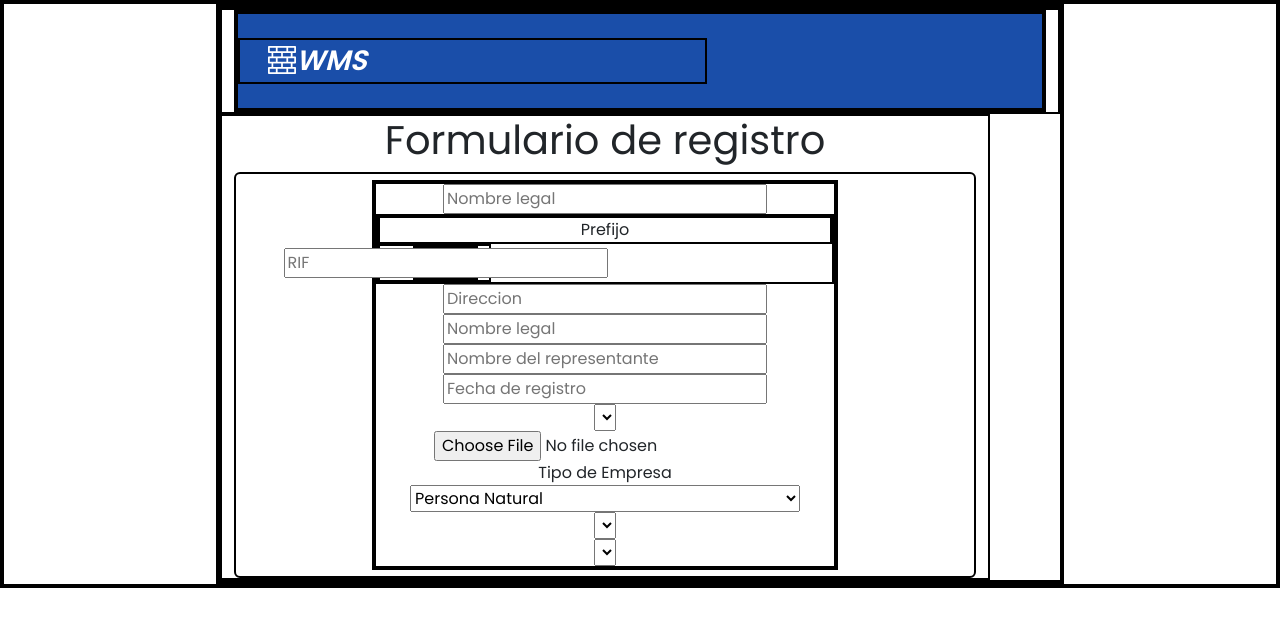
Repository: Rafa-x64/Gestion_inventario_practica
Page: http://localhost/Gestion_inventario/index.php?page=registro-empresa
These files come from the project's save history. The page is drawn as it stood at one moment and after the next save; the edit follows.
The browser window is 1280 px wide. The pictures show the whole page.
The page is run by PHP 8.4 with error messages shown; the project is at /var/www/html/.

Above is the page before, as saved 2025-07-23 17:02:46.

### index.php
<?php
require_once "config/app.php";
require_once "controller/vistaC.php";

$controlador = new vistaC();
$controlador->cargarVista();

### config/app.php
<?php

const SERVERURL = "http://localhost/Gestion_inventario/";

const NOMBRE_APLICACION = "WMS";

const MONEDA = ["bolivar" => "Bs.", "dolar" => "$", "euro" => "€", "pesos" => "$", "real" => "R$"];

date_default_timezone_set("America/Caracas");

### controller/vistaC.php
<?php
require_once("./model/vistaM.php"); //debe incluir el codigo del modelo

class vistaC extends vistaM //extiende del modelo para usar sus metodos
{

    public function cargarVista() //funcion que carga la vista segun la url que se obtiene como parametro
    {
        if (isset($_GET["page"])) { //page es el parametro especificado en .htaccess
            $vista = self::obtenerVista($_GET["page"]); //se asigna esa url a vista si esta establecido
        } else {
            $vista = "inicio-view.php"; //se muestra el inicio si no esta establecido el parametro en la url
        }

        require("view/plantilla.php"); //se requiere la plantilla para poder mostrar esa vista
    }
}

### model/vistaM.php
<?php

class vistaM
{
    //metodo que obtiene la vista que se le asigna en $pagina
    protected static function obtenerVista($pagina) //recive una variable pagina
    {
        $paginas_existentes = ["404", "inicio-sesion", "inicio", "registro-empresa"]; //lista de paginas del proyecto
        if (!in_array($pagina, $paginas_existentes)) { //si no esta en el array entonces...
            return "404-view.php"; //pagina de 404
            exit();
        }

        return $pagina . "-view.php"; //retorna $pagina-view para ser abierta por el controlador si esa pagina existe en la lista
    }
}

### view/plantilla.php
    <?php

    //aqui se ejecuta la vista y se muestran los includes si la pagina cumple cierta condicion

    if ($vista != "inicio-view.php" && $vista != "404-view.php" && $vista != "inicio-sesion-view.php" && $vista != "registro-empresa-view.php") {
        include("view/includes/links.php");
        require("view/includes/header.html");
        include("php/" . $vista);
        require("view/includes/footer.html");
        include("view/includes/scripts.php");
    }

    include("view/includes/links.php");
    require("php/" . $vista);
    include("view/includes/scripts.php");

    ?>

### view/includes/links.php
<!DOCTYPE html>
<html lang="en">

<head>
    <meta charset="UTF-8">
    <meta name="viewport" content="width=device-width, initial-scale=1.0">
    <title><?php echo NOMBRE_APLICACION; ?></title>
    <link href="https://cdn.jsdelivr.net/npm/bootstrap@5.3.7/dist/css/bootstrap.min.css" rel="stylesheet"
        integrity="sha384-LN+7fdVzj6u52u30Kp6M/trliBMCMKTyK833zpbD+pXdCLuTusPj697FH4R/5mcr" crossorigin="anonymous">
    <link rel="stylesheet" href="https://cdn.jsdelivr.net/npm/bootstrap-icons@1.10.5/font/bootstrap-icons.css">
    <link rel="stylesheet" href="<?php echo SERVERURL ?>view/css/bordes.css">
    <link rel="stylesheet" href="<?php echo SERVERURL ?>view/css/inicio-view.css">
    <link rel="shortcut icon" href="<?php echo SERVERURL ?>view/images/bootstrap-fill.ico" type="image/x-icon">
    <link rel="stylesheet" href="<?php echo SERVERURL ?>view/css/registro-empresa-view.css">
</head>

<body>

### view/php/registro-empresa-view.php
<style>
    [class*="col"],
    [class*="row"],
    [class*="section"] {
        border: 2px solid black;
    }

    [class*="container"] {
        border: 2px solid black;
    }
</style>
<div class="container-fluid">
    <div class="row d-flex flex-column align-items-center justify-content-center">
        <div class="col-8 align-items-center justify-content-center">
            <div class="row">
                <div class="col">
                    <header id="barra-navegacion">
                        <div class="container-fluid pt">
                            <div class="row flex-row py-4">
                                <div class="col-7 d-flex flex-row justify-content-start">
                                    <i class="bi bi-bricks fs-3 ps-3 text-white">WMS</i>
                                </div>
                            </div>
                        </div>
                    </header>
                </div>
                <div class="col-11 d-flex flex-column align-items-center justify-content-center">
                    <h1>Formulario de registro</h1>
                    <form action="" method="post" class="form-control d-flex flex-column align-items-center justify-content-center">
                        <div class="row d-flex flex-row align-items-center justify-content-center">
                            <div class="col-12 d-flex flex-column align-items-center justify-content-center">
                                <input type="text" name="" id="nombre_legal" placeholder="Nombre legal">
                                <div class="row">
                                    <div class="col-12 text-center">
                                        <label for="prefijo">Prefijo</label>
                                    </div>
                                    <div class="col-3 d-flex flex-row align-items-center justify-content-center">
                                        <select name="prefijo" id="prefijo">
                                            <option value="J"></option>
                                            <option value="G"></option>
                                            <option value="P"></option>
                                            <option value="C"></option>
                                        </select>
                                        <div class="col-9 d-flex flex-row align-items-center justify-content-center">
                                            <input type="text" name="" id="rif" placeholder="RIF">
                                        </div>
                                    </div>
                                </div>
                                <input type="text" name="" id="direccion" placeholder="Direccion">
                                <input type="text" name="" id="nombre_legal" placeholder="Nombre legal">
                                <input:mail id="correo" placeholder="Correo electronico"></input:mail>
                                <input type="text" name="" id="nombre_representante" placeholder="Nombre del representante"><input type="text" name="" id="fecha_registro" placeholder="Fecha de registro">
                                <select name="" id="">
                                    <option value=""></option>
                                    <option value=""></option>
                                </select><input type="file" name="" id="logo"><label for="">Tipo de Empresa</label>
                                <select name="tipo_empresa" id="">
                                    <option value="persona_natural">Persona Natural</option>
                                    <option value="sociedad_anonima">Sociedad Anónima (S.A.)</option>
                                    <option value="sociedad_de_responsabilidad_limitada">Sociedad de Responsabilidad Limitada (S.R.L.)</option>
                                    <option value="sociedad_comanditaria">Sociedad Comanditaria</option>
                                    <option value="sociedad_civil">Sociedad Civil</option>
                                    <option value="cooperativa">Cooperativa</option>
                                    <option value="fundacion">Fundación</option>
                                    <option value="comunidad_de_bienes">Comunidad de Bienes</option>
                                    <option value="empresa_del_estado">Empresa del Estado</option>
                                    <option value="comercial">Comercial</option>
                                    <option value="industrial">Industrial</option>
                                    <option value="servicios">Servicios</option>
                                    <option value="agropecuario">Agropecuario</option>
                                    <option value="tecnologico">Tecnológico</option>
                                    <option value="salud">Salud</option>
                                    <option value="educacion">Educación</option>
                                    <option value="transporte">Transporte</option>
                                    <option value="construccion">Construcción</option>
                                    <option value="turismo">Turismo</option>
                                    <option value="financiero">Financiero</option>
                                    <option value="energia">Energía</option>
                                    <option value="local">Local</option>
                                    <option value="regional">Regional</option>
                                    <option value="nacional">Nacional</option>
                                    <option value="multinacional">Multinacional</option>
                                    <option value="transnacional">Transnacional</option>
                                    <option value="microempresa">Microempresa</option>
                                    <option value="pequena">Pequeña</option>
                                    <option value="mediana">Mediana</option>
                                    <option value="grande">Grande</option>
                                    <option value="privada">Privada</option>
                                    <option value="publica">Pública</option>
                                    <option value="mixta">Mixta</option>
                                    <option value="primario">Primario</option>
                                    <option value="secundario">Secundario</option>
                                    <option value="terciario">Terciario</option>
                                    <option value="cuaternario">Cuaternario</option>
                                    <option value="quinario">Quinario</option>
                                </select>
                                <select name="" id="">Moneda
                                    <option value=""></option>
                                    <option value=""></option>
                                    <option value=""></option>
                                </select><select name="" id="">Zona horaria
                                    <option value=""></option>
                                </select>
                            </div>
                        </div>
                    </form>
                </div>
            </div>
        </div>
    </div>
</div>

<?php
include("./controller/registroEmpresaC.php");
$registro = registroEmpresaC::getFormulario($_POST);
?>

### controller/registroEmpresaC.php
<?php

include_once("./model/mainModel.php");
include_once("./model/empresaM.php");

class registroEmpresaC extends mainModel
{

    public static function getFormulario($formulario) {}

    public static function validar_rif()
    {
        /*Se usa el algoritmo Módulo 11, que toma los primeros 9 caracteres y les aplica una
        fórmula ponderada. El resultado final es el dígito verificador que valida el número
        completo.*/
    }
}

### model/mainModel.php
<?php

include_once("./config/server.php");

class mainModel
{

    protected static function conectar_base_datos()
    {
        try {
            $con = new PDO(SGBD, USUARIO, CONSTRASEÑA);
            $con->exec("SET CARACTER SET utf8");
            return $con;
        } catch (PDOException $e) {
            echo $e->getMessage();
        }
    }

    protected static function consulta_simple($sentenciaSQL)
    {
        $operacion = self::conectar_base_datos()->prepare($sentenciaSQL);
        $operacion->execute();
        return $operacion;
    }
}

### config/server.php
<?php

const SGBD = "mysql:host=localhost;dbname=WMS";

const USUARIO = "root";

const CONSTRASEÑA = "";

const METHOD = "AES-256-CBC";

### model/empresaM.php
<?php

include_once("./model/mainModel.php");

class empresaM extends mainModel
{
    private $id_empresa = ""; //crear una funcion que genere el id de la empresa
    private $nombre_legal = "";
    private $prefijo = "";//letra inicial del rif
    private $rif = ""; //validar que sea un rif valido segun el pais
    private $direccion = "";
    private $contacto = "";
    private $correo = "";
    private $nombre_representante = "";
    private $fecha_registro = ""; //date
    private $estado_condicion = ""; //booleano
    private $logo = ""; //imagen;
    private $tipo_empresa = "";
    private $moneda = ""; //seleccionar las monedas existentes en ./config/server.php
    private $zona_horaria = "";

    public function __construct(
        $nombre_legal,
        $rif,
        $direccion,
        $contacto,
        $correo,
        $nombre_representante,
        $fecha_registro,
        $estado_condicion,
        $logo,
        $tipo_empresa,
        $moneda,
        $zona_horaria
    ) {
        $this->id_empresa = $this->generarIdEmpresa();
        $this->nombre_legal = $nombre_legal;
        $this->rif = $rif;
        $this->direccion = $direccion;
        $this->contacto = $contacto;
        $this->correo = $correo;
        $this->nombre_representante = $nombre_representante;
        $this->fecha_registro = $fecha_registro;
        $this->estado_condicion = $estado_condicion;
        $this->logo = $logo;
        $this->tipo_empresa = $tipo_empresa;
        $this->moneda = $moneda;
        $this->zona_horaria = $zona_horaria;
    }

    private function generarIdEmpresa()
    {
        return uniqid("EMP_");
    }

    public function getIdEmpresa()
    {
        return $this->id_empresa;
    }

    public function getNombreLegal()
    {
        return $this->nombre_legal;
    }

    public function setNombreLegal($nombre_legal)
    {
        $this->nombre_legal = $nombre_legal;
    }

    public function getRif()
    {
        return $this->rif;
    }

    public function setRif($rif)
    {
        $this->rif = $rif;
    }

    public function getDireccion()
    {
        return $this->direccion;
    }

    public function setDireccion($direccion)
    {
        $this->direccion = $direccion;
    }

    public function getContacto()
    {
        return $this->contacto;
    }

    public function setContacto($contacto)
    {
        $this->contacto = $contacto;
    }

    public function getCorreo()
    {
        return $this->correo;
    }

    public function setCorreo($correo)
    {
        $this->correo = $correo;
    }

    public function getNombreRepresentante()
    {
        return $this->nombre_representante;
    }

    public function setNombreRepresentante($nombre_representante)
    {
        $this->nombre_representante = $nombre_representante;
    }

    public function getFechaRegistro()
    {
        return $this->fecha_registro;
    }

    public function setFechaRegistro($fecha_registro)
    {
        $this->fecha_registro = $fecha_registro;
    }

    public function getEstadoCondicion()
    {
        return $this->estado_condicion;
    }

    public function setEstadoCondicion($estado_condicion)
    {
        $this->estado_condicion = $estado_condicion;
    }

    public function getLogo()
    {
        return $this->logo;
    }

    public function setLogo($logo)
    {
        $this->logo = $logo;
    }

    public function getTipoEmpresa()
    {
        return $this->tipo_empresa;
    }

    public function setTipoEmpresa($tipo_empresa)
    {
        $this->tipo_empresa = $tipo_empresa;
    }

    public function getMoneda()
    {
        return $this->moneda;
    }

    public function setMoneda($moneda)
    {
        $this->moneda = $moneda;
    }

    public function getZonaHoraria()
    {
        return $this->zona_horaria;
    }

    public function setZonaHoraria($zona_horaria)
    {
        $this->zona_horaria = $zona_horaria;
    }

    public function __toString()
    {
        return "Empresa: {$this->nombre_legal}, RIF: {$this->rif}, Dirección: {$this->direccion}, Contacto: {$this->contacto}, Correo: {$this->correo}, Representante: {$this->nombre_representante}, Fecha de registro: {$this->fecha_registro}, Estado: {$this->estado_condicion}, Tipo: {$this->tipo_empresa}, Moneda: {$this->moneda}, Zona horaria: {$this->zona_horaria}";
    }
}

### view/includes/scripts.php
</body>

<script src="https://cdn.jsdelivr.net/npm/bootstrap@5.3.7/dist/js/bootstrap.bundle.min.js"
    integrity="sha384-ndDqU0Gzau9qJ1lfW4pNLlhNTkCfHzAVBReH9diLvGRem5+R9g2FzA8ZGN954O5Q"
    crossorigin="anonymous">
</script>

</html>

### view/css/bordes.css
@import url('https://fonts.googleapis.com/css2?family=Poppins:wght@300;400;600&display=swap');

body {
    margin: 0;
    padding: 0;
    font-size: 1rem;
    font-weight: 600;
    font-family: 'Poppins', sans-serif;
}

/*----------comentar para ocultar los bordes visibles--------------*/
[class*="col"],
[class*="row"],
[class*="section"] {
    border: 2px solid black;
}

[class*="container"] {
    border: 2px solid black;
}

### view/css/inicio-view.css
#main {
    background-color: #e5eeff;
}

#barra-navegacion {
    background-color: #1a4ea9;
}

#eslogan {
    color: white;
}

#registro-sesion a {
    text-decoration: none;
    color: white;
    border-radius: 1rem;
}

#registro,
#inicio-sesion {
    border-radius: 1rem;
}



#conocenos h1 {
    color: #1a4ea9;
    font-size: 3.5rem;
    font-weight: bold;
}

#comparativa {
    position: relative;
    background-color: white;
    border-radius: 1rem;
    box-shadow: 0 4px 12px #c5d3e0;
}

.icono-superior {
    position: absolute;
    top: -25px;
    /* sobresale por arriba */
    right: -20px;
    /* sobresale por la izquierda */
    z-index: 9999;
}

#comparativa h1 {
    font-size: 2.5rem;
    font-weight: bold;
}

#comparativa i {
    color: #00923F !important;
}

#comparativa b {
    color: #1a4ea9;
}

Loaded but not shown: view/css/registro-empresa-view.css (no copy from this time; the picture is the same without it)

After the next save:
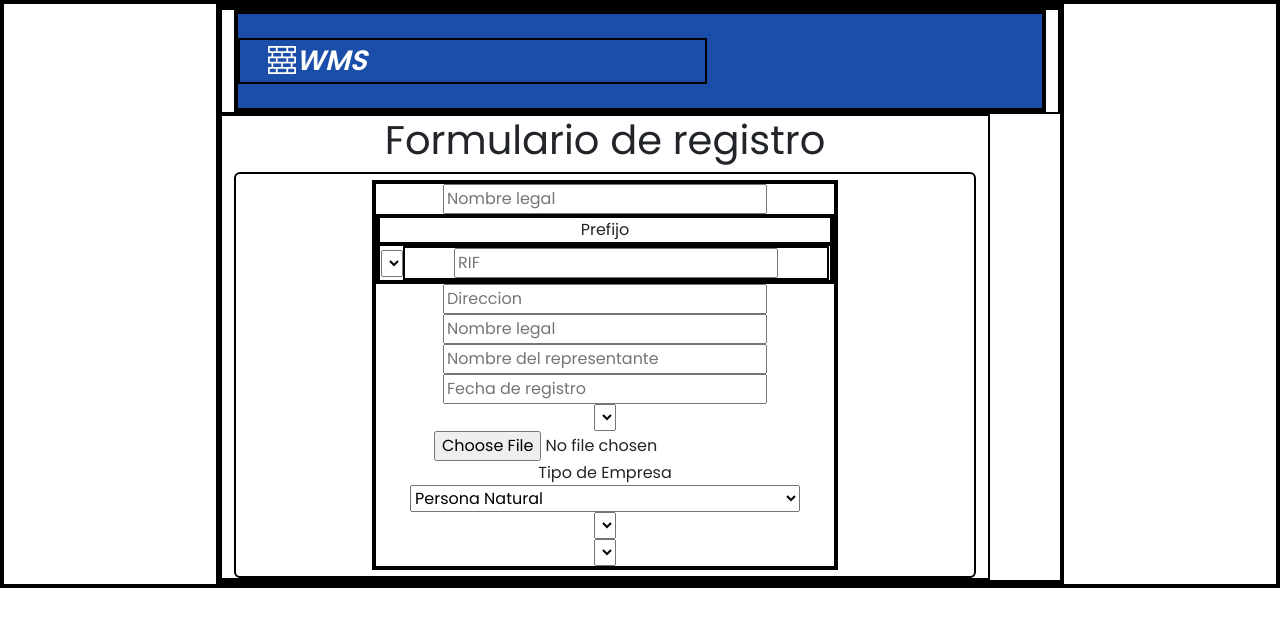
Saved 9 s later.
--- a/view/php/registro-empresa-view.php
+++ b/view/php/registro-empresa-view.php
@@ -34,14 +34,14 @@
                                     <div class="col-12 text-center">
                                         <label for="prefijo">Prefijo</label>
                                     </div>
-                                    <div class="col-3 d-flex flex-row align-items-center justify-content-center">
+                                    <div class="col-12 d-flex flex-row align-items-center justify-content-center">
                                         <select name="prefijo" id="prefijo">
                                             <option value="J"></option>
                                             <option value="G"></option>
                                             <option value="P"></option>
                                             <option value="C"></option>
                                         </select>
-                                        <div class="col-9 d-flex flex-row align-items-center justify-content-center">
+                                        <div class="col-12 d-flex flex-row align-items-center justify-content-center">
                                             <input type="text" name="" id="rif" placeholder="RIF">
                                         </div>
                                     </div>
